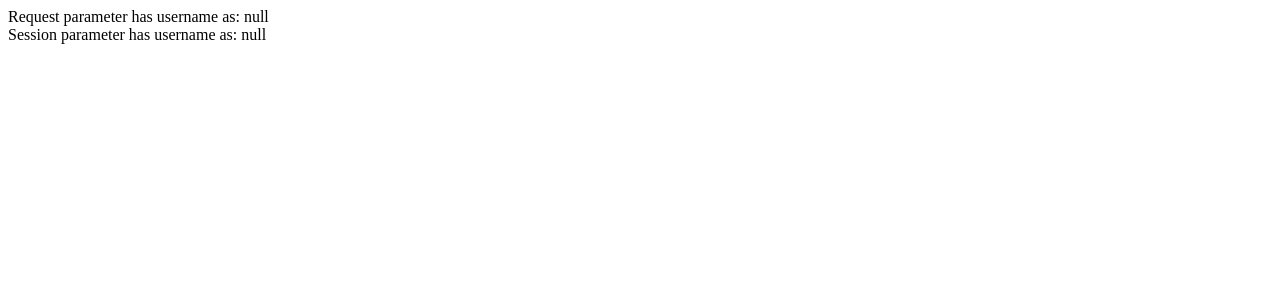
Repository: Seattle-Community-Android-Development/CodeBlog
Page: http://localhost/SimpleServletProject/SimpleServlet
The author's editor kept a copy of each file at every save. The page is drawn from the files as they stood at one save, then again after the next save.
The browser window is 1280 px wide. The pictures show the whole page.
The page is served by Tomcat 9. Other server files are loaded and not shown.

Above is the page before, as saved 2013-09-07 23:43:36.

### workspace/SimpleServletProject/src/org/koushik/javabrains/SimpleServlet.java
package org.koushik.javabrains;

import java.io.IOException;
import java.io.PrintWriter;

import javax.servlet.ServletException;
import javax.servlet.annotation.WebServlet;
import javax.servlet.http.HttpServlet;
import javax.servlet.http.HttpServletRequest;
import javax.servlet.http.HttpServletResponse;
import javax.servlet.http.HttpSession;

/**
 * Servlet implementation class SimpleServlet
 */
@WebServlet(description = "A simple servlet", urlPatterns = { "/SimpleServlet" })
public class SimpleServlet extends HttpServlet {
	private static final long serialVersionUID = 1L;

	private static final String SESSION_PARAMETER_USER_NAME = "USER_NAME";

	/**
	 * @see HttpServlet#doGet(HttpServletRequest request, HttpServletResponse
	 *      response)
	 */
	protected void doGet(final HttpServletRequest request,
			final HttpServletResponse response) throws ServletException,
			IOException {

		response.setContentType("text/html");

		final String userName = request.getParameter("userName");

		final HttpSession session = request.getSession();

		if (userName != null && !userName.isEmpty()) {
			session.setAttribute(SESSION_PARAMETER_USER_NAME, userName);
		}

		final PrintWriter writer = response.getWriter();
		writer.println("Request parameter has username as: " + userName);
		writer.println("<br>Session parameter has username as: "
				+ (String) session.getAttribute(SESSION_PARAMETER_USER_NAME));
	}
}

After the next save:
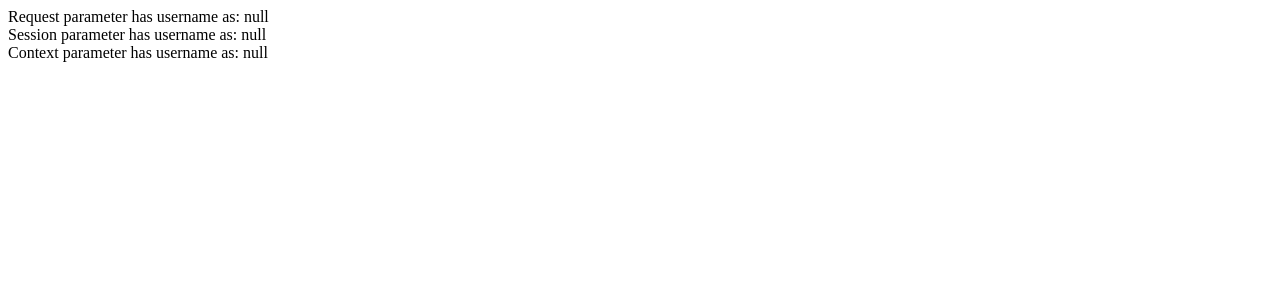
Saved 14 min 4 s later.
--- a/workspace/SimpleServletProject/src/org/koushik/javabrains/SimpleServlet.java
+++ b/workspace/SimpleServletProject/src/org/koushik/javabrains/SimpleServlet.java
@@ -3,6 +3,7 @@ package org.koushik.javabrains;
 import java.io.IOException;
 import java.io.PrintWriter;
 
+import javax.servlet.ServletContext;
 import javax.servlet.ServletException;
 import javax.servlet.annotation.WebServlet;
 import javax.servlet.http.HttpServlet;
@@ -32,14 +33,18 @@ public class SimpleServlet extends HttpServlet {
 		final String userName = request.getParameter("userName");
 
 		final HttpSession session = request.getSession();
+		final ServletContext context = request.getServletContext();
 
 		if (userName != null && !userName.isEmpty()) {
 			session.setAttribute(SESSION_PARAMETER_USER_NAME, userName);
+			context.setAttribute(SESSION_PARAMETER_USER_NAME, userName);
 		}
 
 		final PrintWriter writer = response.getWriter();
 		writer.println("Request parameter has username as: " + userName);
 		writer.println("<br>Session parameter has username as: "
 				+ (String) session.getAttribute(SESSION_PARAMETER_USER_NAME));
+		writer.println("<br>Context parameter has username as: "
+				+ (String) context.getAttribute(SESSION_PARAMETER_USER_NAME));
 	}
 }
